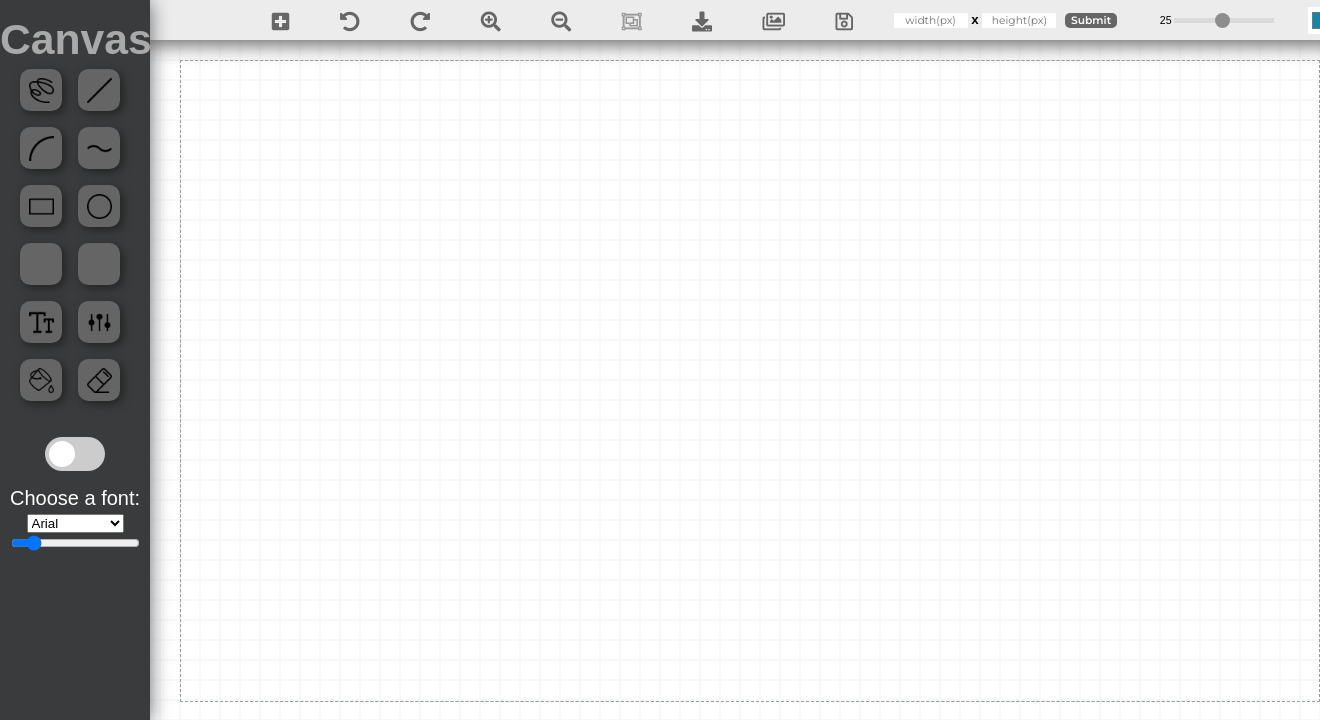
Repository: moryahng/myCanvasProject
Page: index.html
An editor plug-in stored every save of this project. The page is shown before and after a run of saves, followed by the edit.
The browser window is 1280 px wide. The page is 1320 px wide, so the pictures cover 1320 px, including what lies to the right of the window. The pictures show the whole page.
Some web fonts or font styles are not loaded; a fallback is used.

Above is the page before, as saved 2021-11-11 23:26:44.

After the next 2 saves:
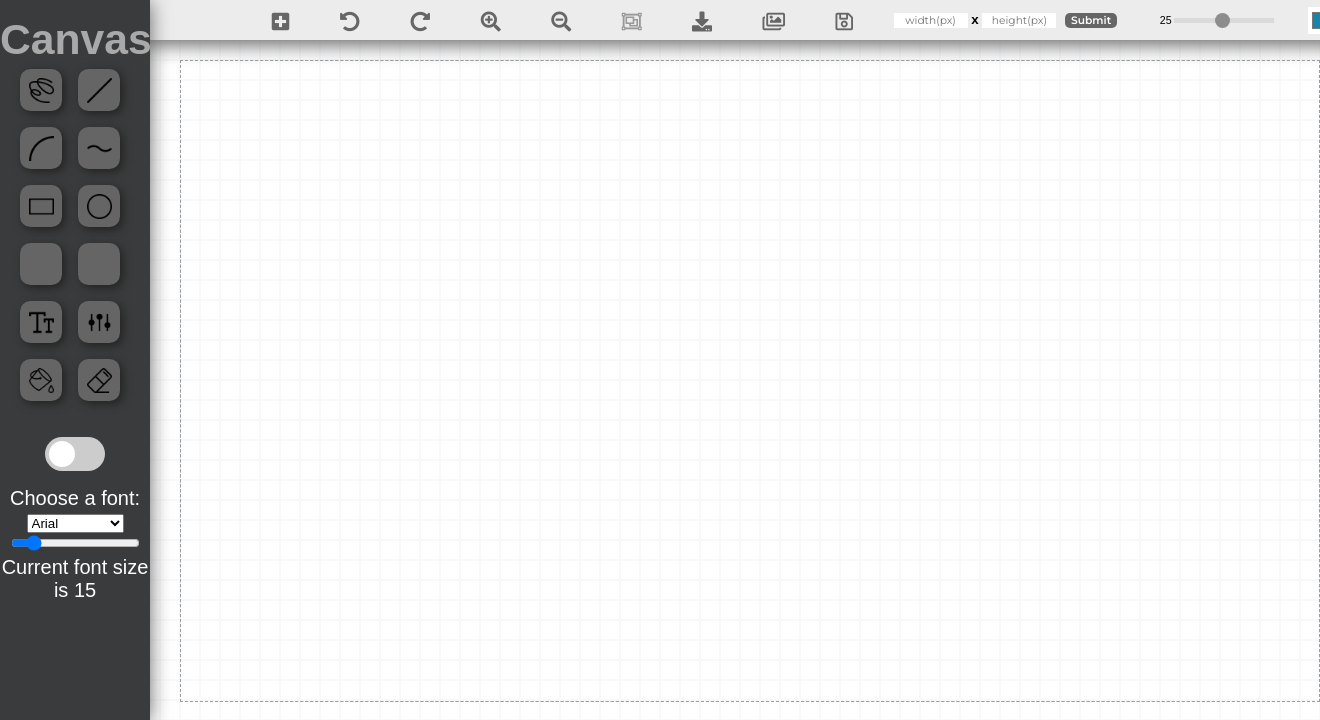
The 2 saves are shown as one change because they came seconds apart.
The last was saved 7 s later.
--- a/index.html
+++ b/index.html
@@ -247,7 +247,7 @@
       <script src="./javascript/toolsbar/fill-bucket.js" type="text/javascript"></script>
       <script src="./javascript/toolsbar/eraser.js" type="text/javascript"></script>
 
-      <script src=""></script>
+      <script src="Javascript/font-setting.js"></script>
 
 </body>
 </html>
